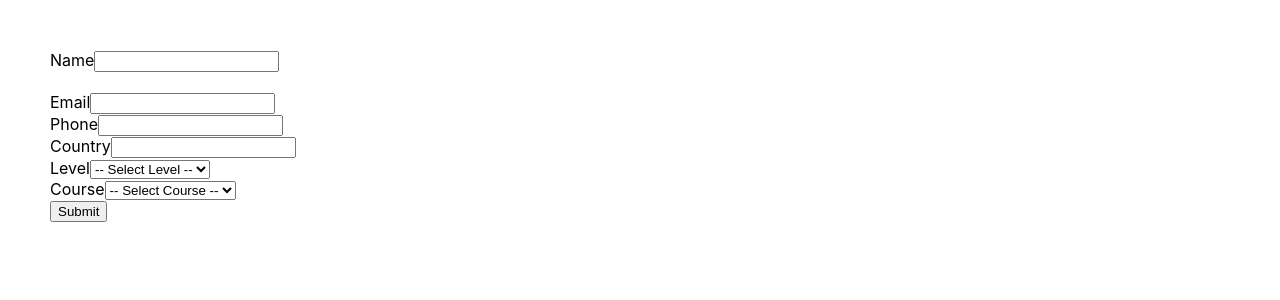
Repository: talha-mahmood/form_react
Page: /
The author's editor kept a copy of each file at every save. The page is drawn from the files as they stood at one save, then again after a run of saves.
The browser window is 1280 px wide. The pictures show the whole page.
The project was rebuilt for these pictures with package versions that can differ from the ones it lists, and the page was loaded fresh each time.

Above is the page before, as saved 2023-03-13 15:50:47.

After the next 5 saves:
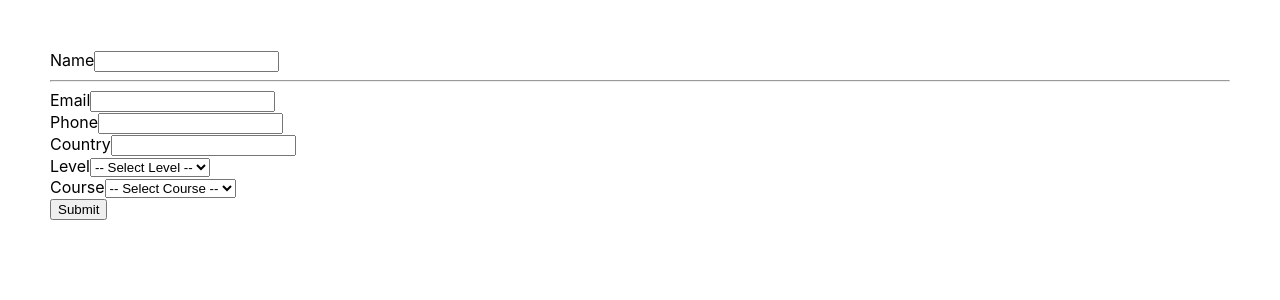
The 5 saves are shown as one change because 1 did not build or start and some came seconds apart.
The last was saved 26 s later.
--- a/src/App.js
+++ b/src/App.js
@@ -26,7 +26,7 @@ const App=()=>{
           required
         />
       </div>
-      <br></br>
+      <hr/>
       <div>
         <label htmlFor="email">Email</label>
         <input
